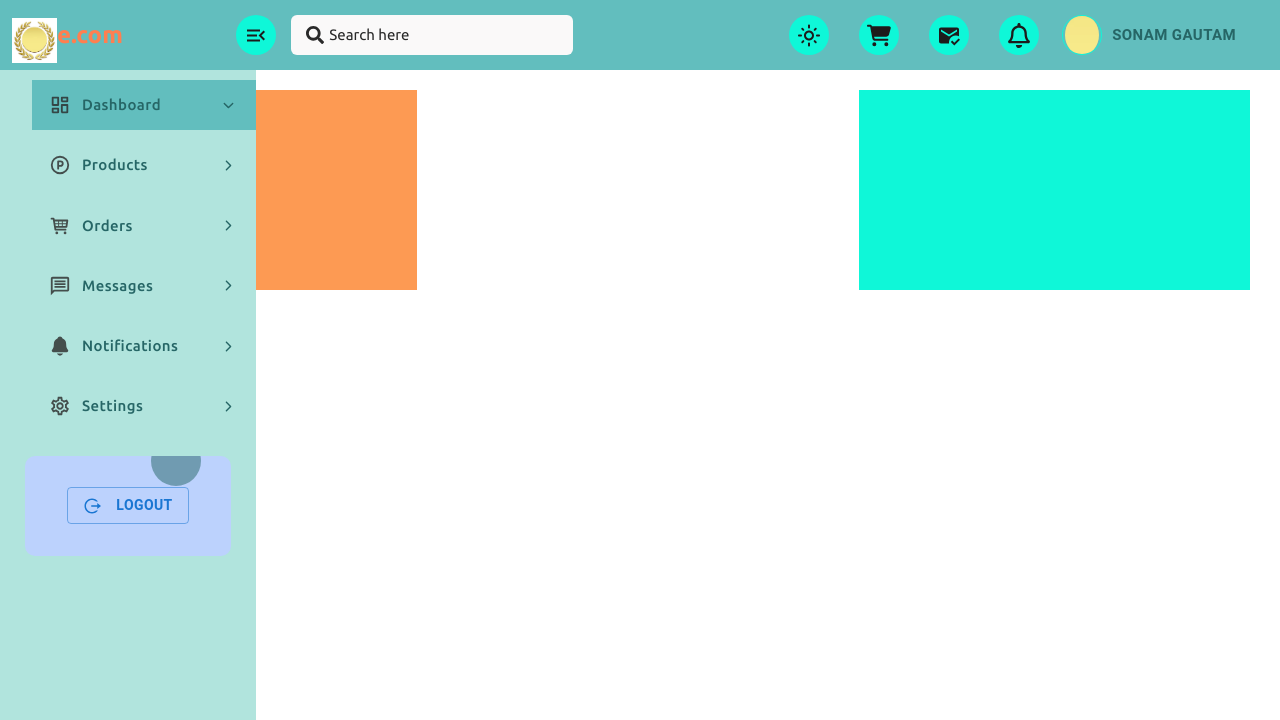
Repository: gautamsonam011/admin-react-dashboard
Page: /
An editor plug-in stored every save of this project. The page is shown before and after the next save, followed by the edit.
The browser window is 1280 px wide. The pictures show the whole page.
The project was rebuilt for these pictures with package versions that can differ from the ones it lists, and the page was loaded fresh each time.

Above is the page before, as saved 2025-04-16 13:01:44.

After the next save:
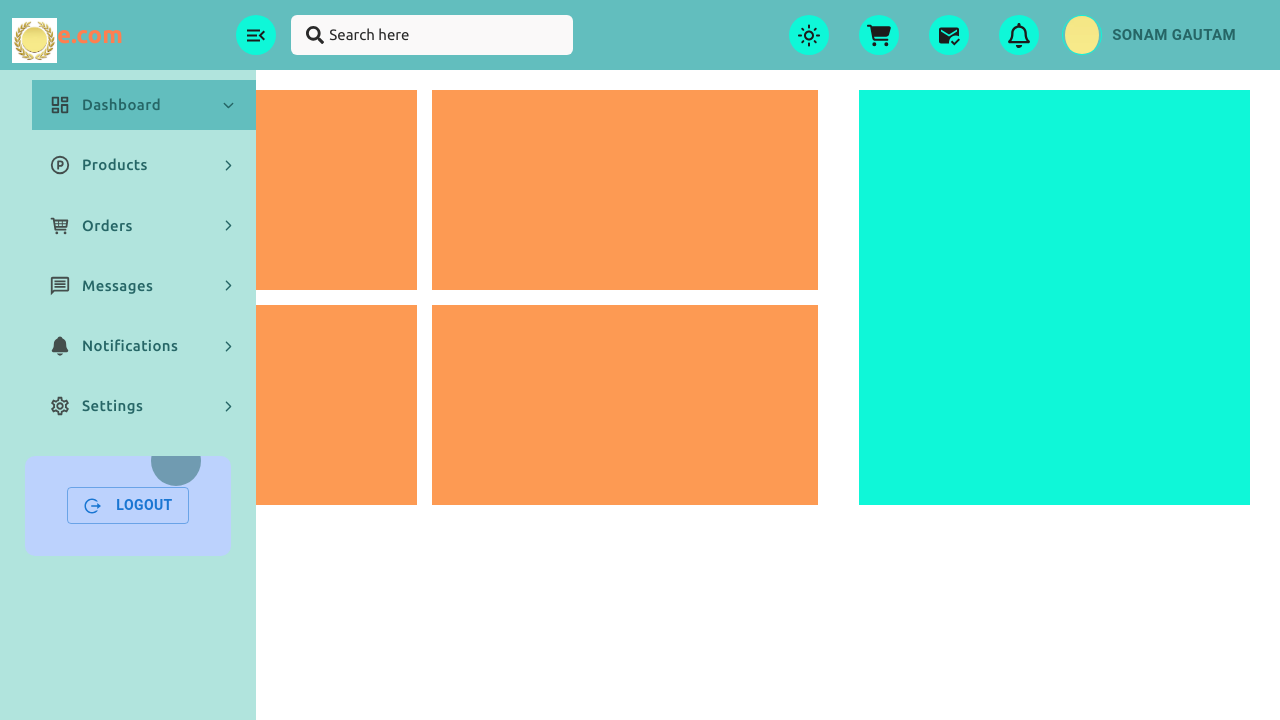
Saved 22 s later.
--- a/src/pages/Dashboard/Dashboard.jsx
+++ b/src/pages/Dashboard/Dashboard.jsx
@@ -7,7 +7,9 @@ const Dashboard = () => {
                 <div className="col-md-8">
                     <div className="dashboardBoxWrapper d-flex">
                         <DashboardBox color={["#000", "#ccc"]} />
-
+                        <DashboardBox/>
+                        <DashboardBox/>
+                        <DashboardBox/>
                     </div>
                 </div>
                 <div className="col-md-4 pl-0">
